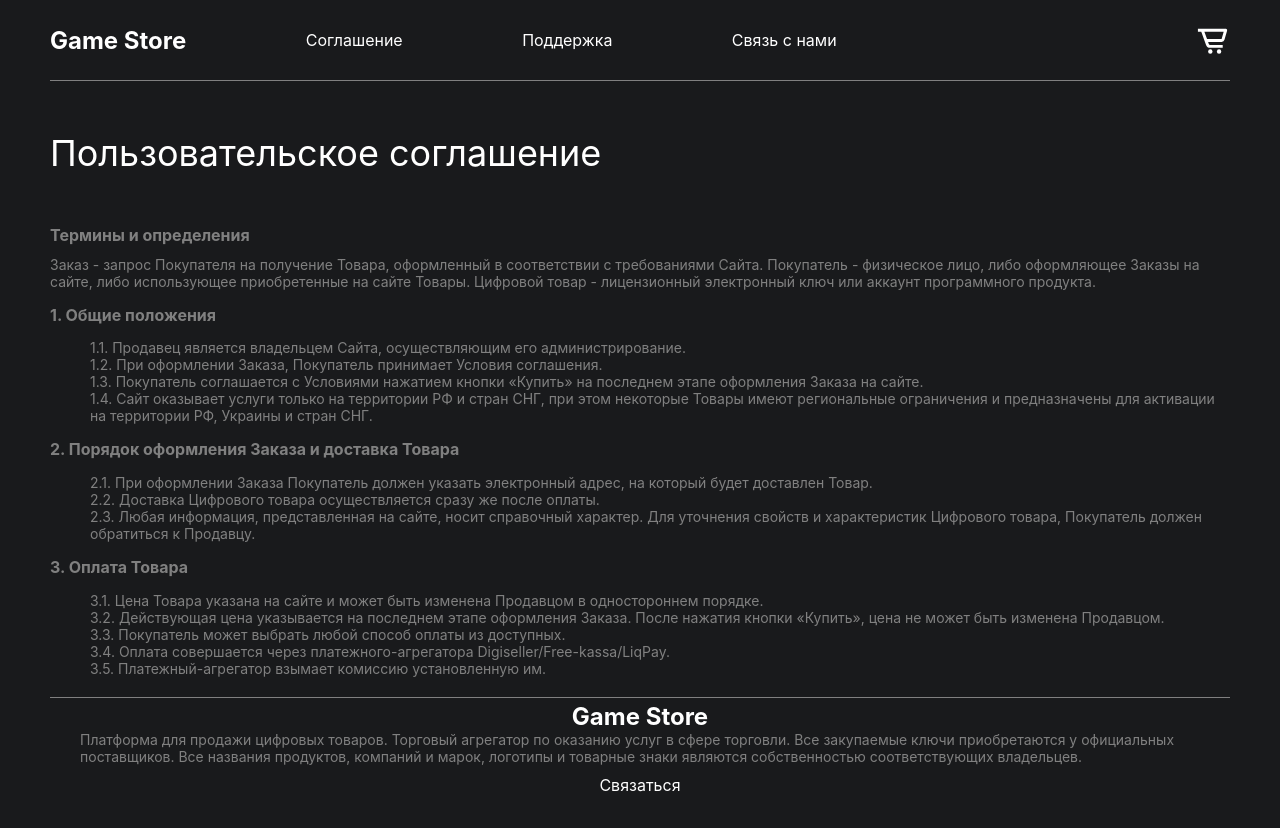
Repository: Minkeani/GameStore
Page: /agreement
These files come from the project's save history. The page is drawn as it stood at one moment and after the next save; the edit follows.
The browser window is 1280 px wide. The pictures show the whole page.
The project was rebuilt for these pictures with package versions that can differ from the ones it lists, and the page was loaded fresh each time. Also part of the build but not shown: src/components/ItemsInCart/ItemsInCart.css, src/components/ItemsInCart/ItemsInCart.jsx, src/components/CartMenu/CartMenu.css, src/components/Btn/Btn.css, src/components/Btn/Btn.jsx, src/components/CartItem/CartItem.css, src/components/CartItem/CartItem.jsx, src/components/utils/utils.js and 17 more.

Above is the page before, as saved 2022-09-11 11:08:33.

After the next save:
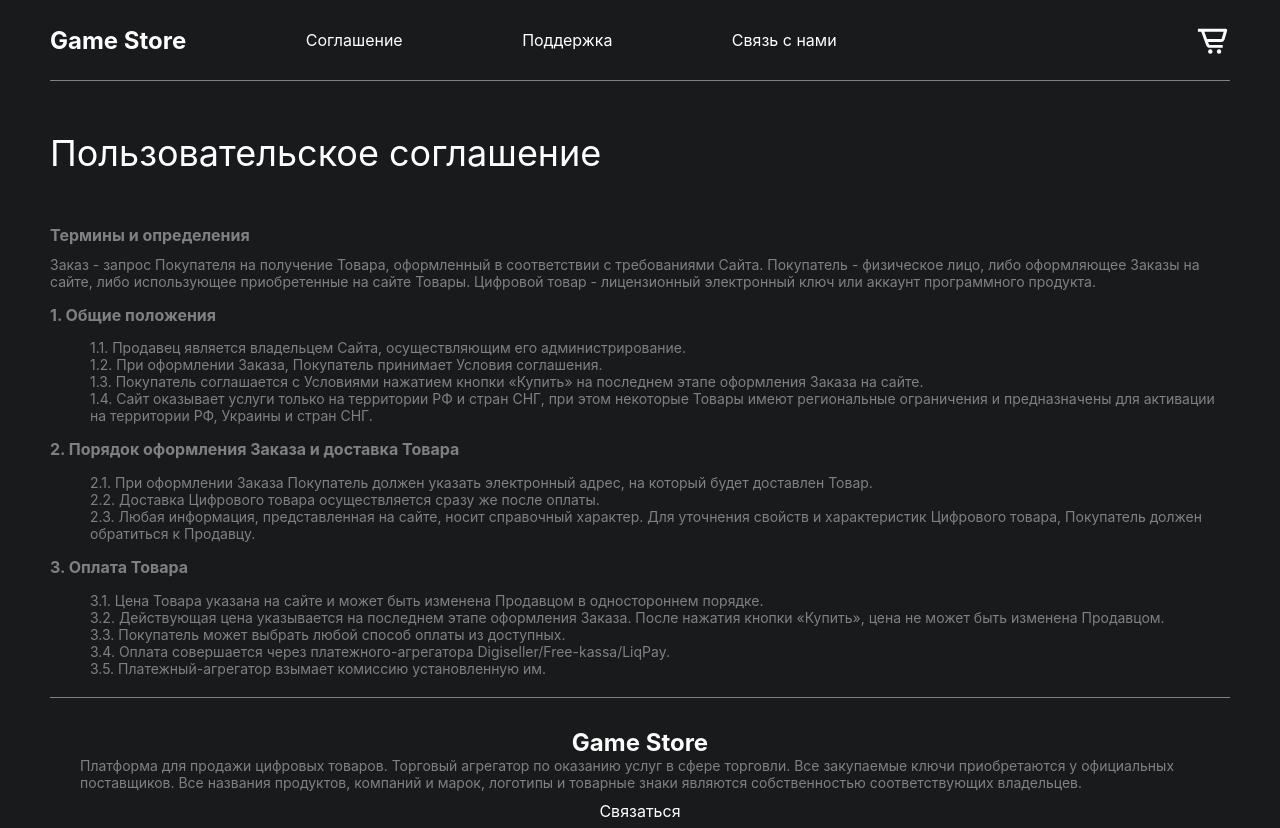
Saved 36 s later.
--- a/src/components/Footer/Footer.css
+++ b/src/components/Footer/Footer.css
@@ -1,9 +1,6 @@
 .footer {
     height: 80px;
-    display: flex;
     padding: 10px;
-    align-items: center;
-    justify-content: space-between;
     margin-bottom: 30px;
     margin-top: 20px;
     border-top: 1px solid gray
